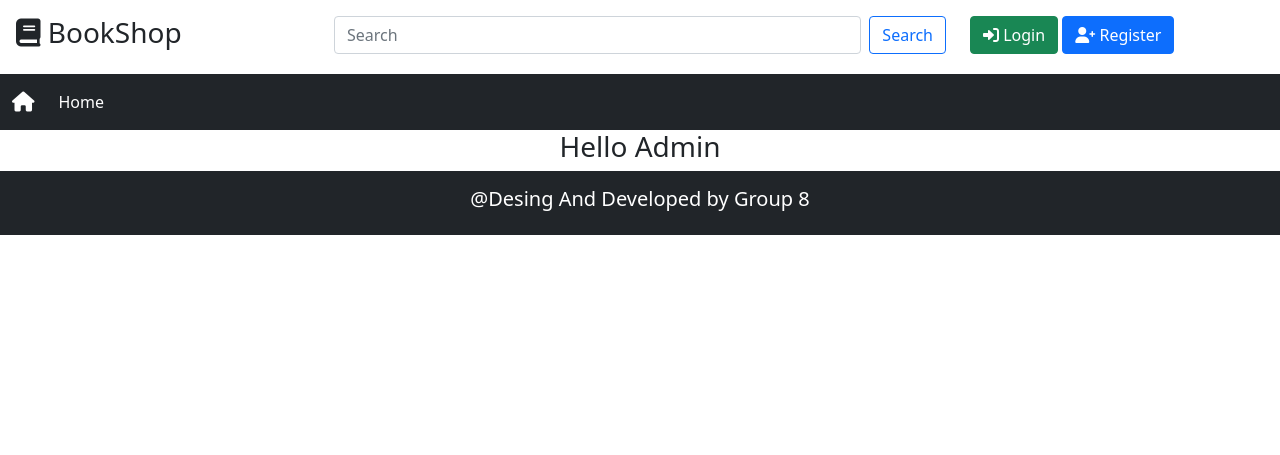
Repository: Abhishekverma23797/BookShopApp
Page: http://localhost/Ebook-App/Admin/all_books.jsp
These files come from the project's save history. The page is drawn as it stood at one moment and after the next save; the edit follows.
The browser window is 1280 px wide. The pictures show the whole page.
The page is served by Tomcat 9.

Above is the page before, as saved 2021-12-09 10:00:43.

After the next save:
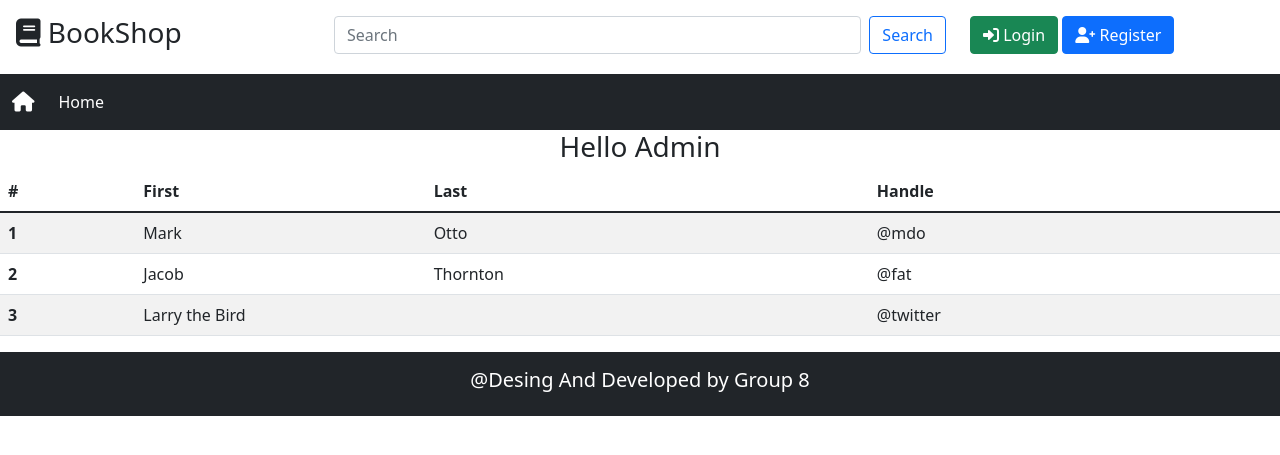
Saved 8 min 7 s later.
--- a/Ebook-App/src/main/webapp/Admin/all_books.jsp
+++ b/Ebook-App/src/main/webapp/Admin/all_books.jsp
@@ -1,5 +1,5 @@
 <%@ page language="java" contentType="text/html; charset=ISO-8859-1"
-    pageEncoding="ISO-8859-1"%>
+	pageEncoding="ISO-8859-1"%>
 <!DOCTYPE html>
 <html>
 <head>
@@ -9,7 +9,37 @@
 </head>
 <body>
 	<%@include file="navbar.jsp"%>
-<h3 class="text-center"> Hello Admin</h3>
-<%@include file="footer.jsp"%>
+	<h3 class="text-center">Hello Admin</h3>
+
+	<table class="table table-striped table-hover">
+		<thead>
+			<tr>
+				<th scope="col">#</th>
+				<th scope="col">First</th>
+				<th scope="col">Last</th>
+				<th scope="col">Handle</th>
+			</tr>
+		</thead>
+		<tbody>
+			<tr>
+				<th scope="row">1</th>
+				<td>Mark</td>
+				<td>Otto</td>
+				<td>@mdo</td>
+			</tr>
+			<tr>
+				<th scope="row">2</th>
+				<td>Jacob</td>
+				<td>Thornton</td>
+				<td>@fat</td>
+			</tr>
+			<tr>
+				<th scope="row">3</th>
+				<td colspan="2">Larry the Bird</td>
+				<td>@twitter</td>
+			</tr>
+		</tbody>
+	</table>
+	<%@include file="footer.jsp"%>
 </body>
 </html>
